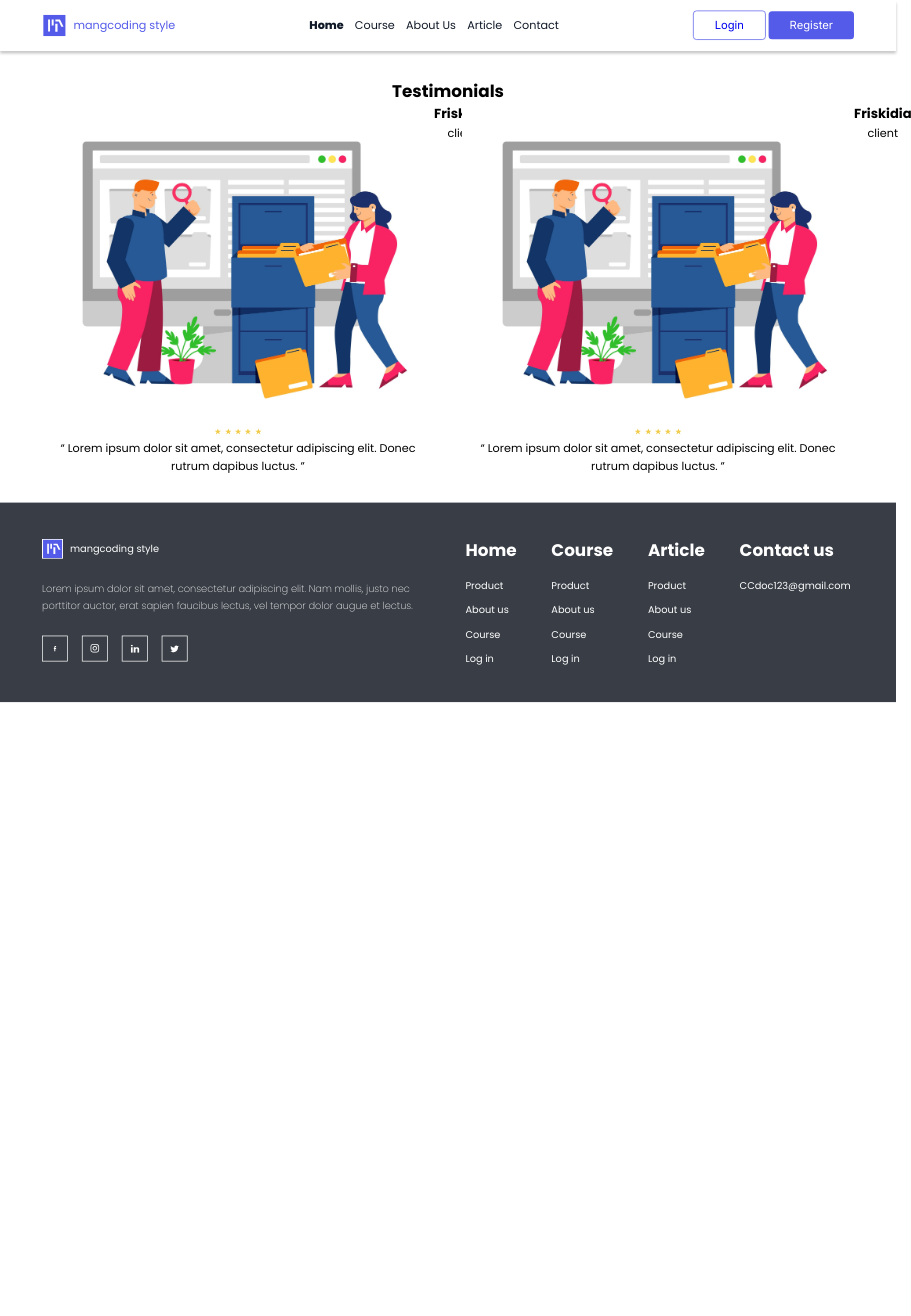
Repository: Dania-Alqam/landing-page
Page: index.html
An editor plug-in stored every save of this project. The page is shown before and after the next save, followed by the edit.
The browser window is 1280 px wide. The page is 1302 px wide, so the pictures cover 1302 px, including what lies to the right of the window. The pictures show the part of the page from y = 0 to 1880 px (the page is 5000 px tall), at 70% of full size.

Above is the page before, as saved 2024-06-22 01:11:25.

After the next save:
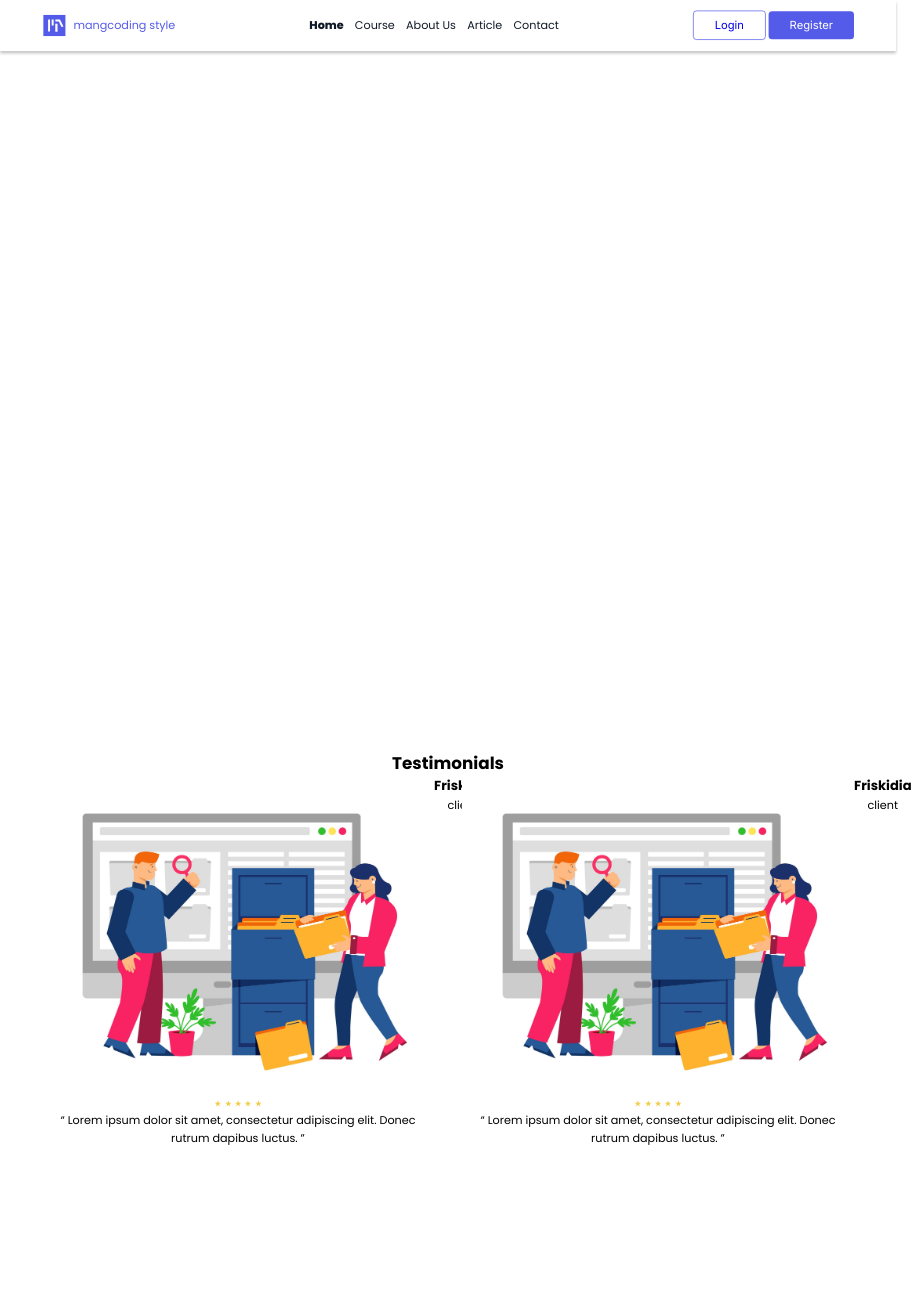
Saved 4 s later.
--- a/assests/css/main.css
+++ b/assests/css/main.css
@@ -64,7 +64,7 @@
   }
   .testimonials{
     text-align: center;
-    padding: 40px 0;
+    padding: 1000px 0;
   }
   .testimonials .row{
     gap: 40px;

After the save that followed:
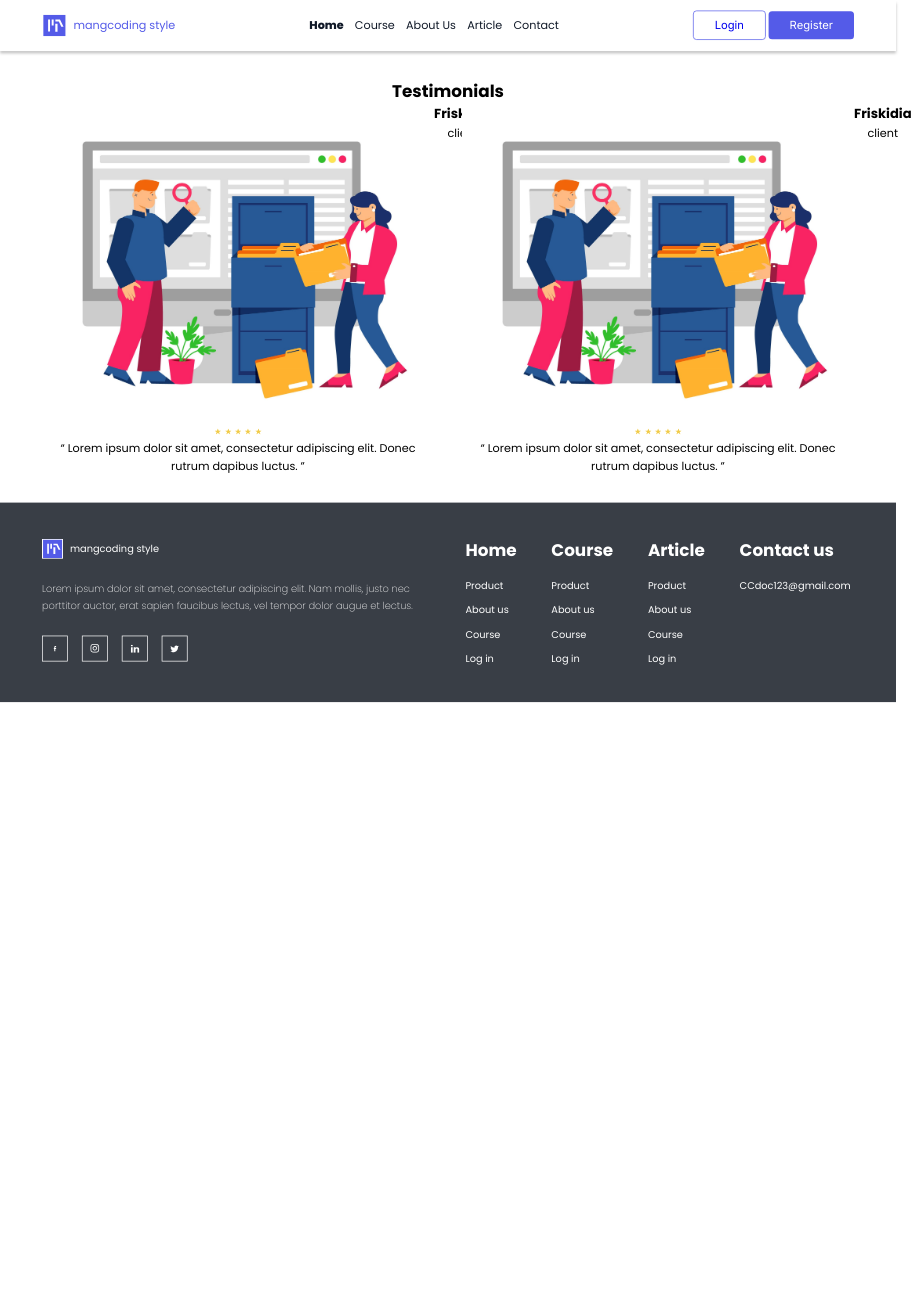
Saved 12 s later.
--- a/assests/css/main.css
+++ b/assests/css/main.css
@@ -64,7 +64,7 @@
   }
   .testimonials{
     text-align: center;
-    padding: 1000px 0;
+    padding: 40px 0;
   }
   .testimonials .row{
     gap: 40px;
